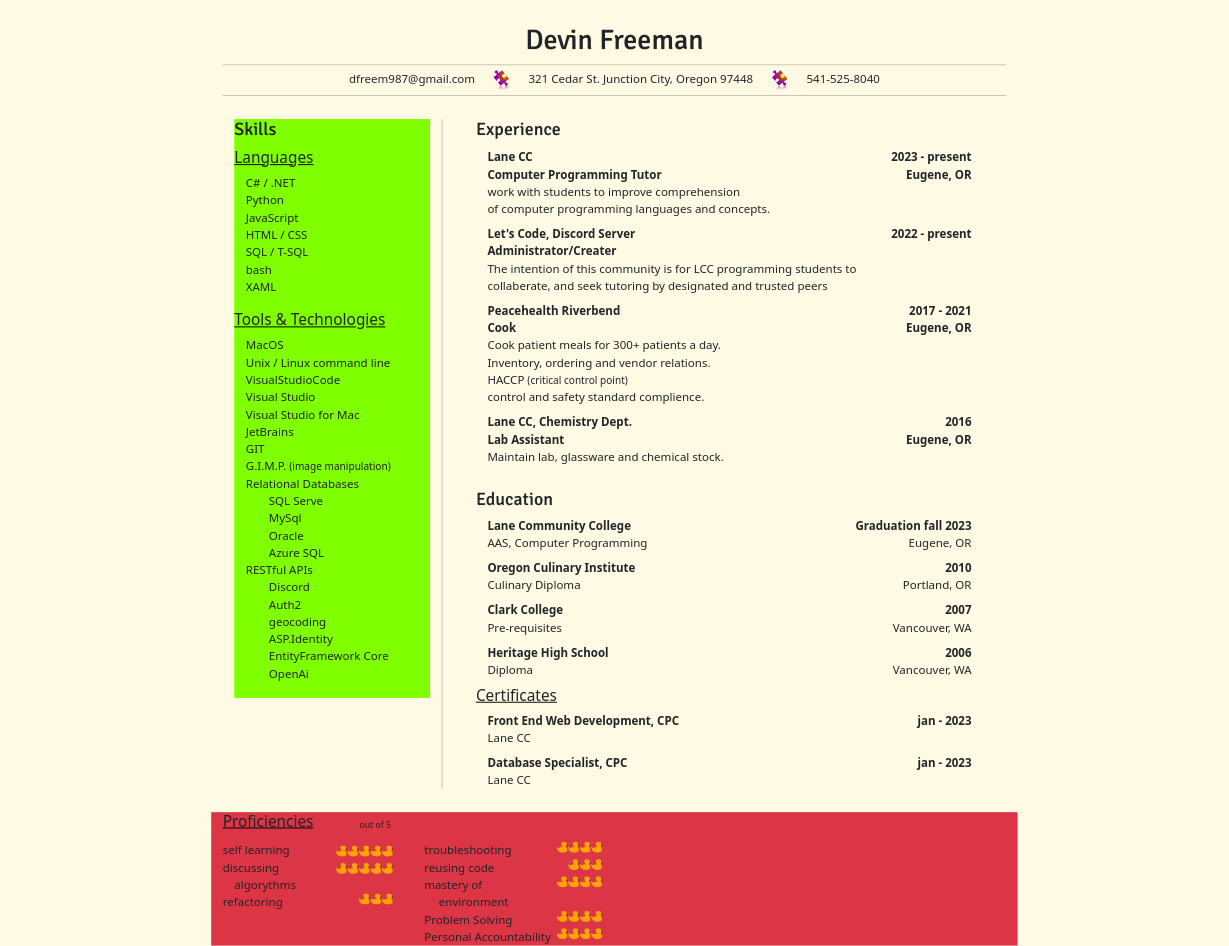
Repository: Dfreem/Resume
Page: index.html
An editor plug-in stored every save of this project. The page is shown before and after the next save, followed by the edit.
The browser window is 1280 px wide. The pictures show the whole page, at 96% of full size.

Above is the page before, as saved 2023-02-13 12:44:33.

After the next save:
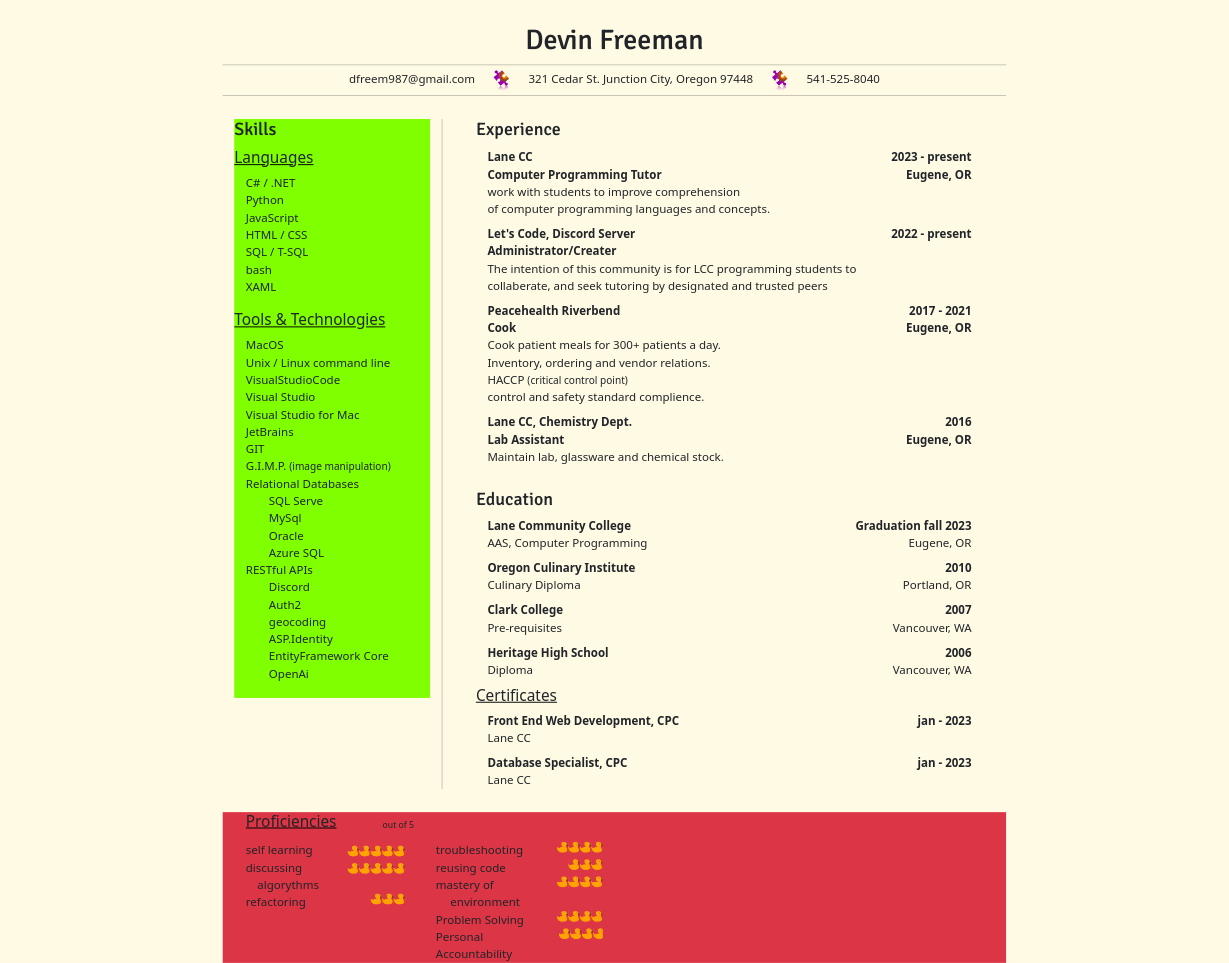
Saved 15 s later.
--- a/index.html
+++ b/index.html
@@ -322,7 +322,7 @@
         </div>
         </dl>
     </div>
-        <div class="row bg-danger">
+        <div class="row bg-danger container mx-auto">
             <div class="d-flex flex-row flex-nowrap mx-auto">
 
             <h3>Proficiencies</h3>
